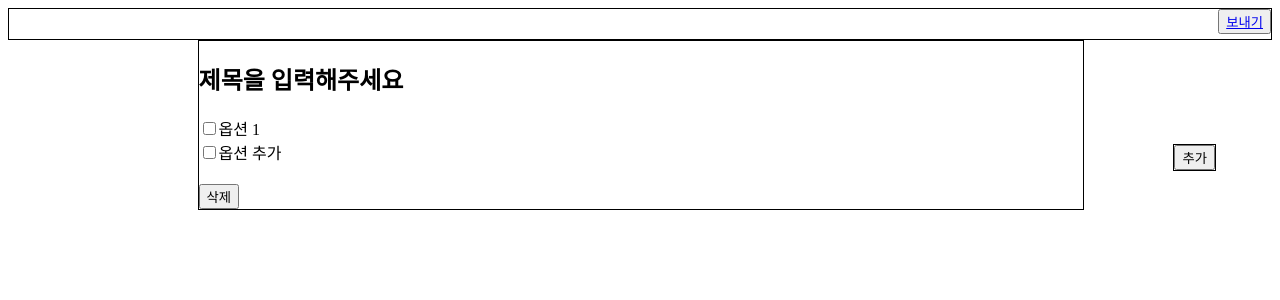
Repository: binigy97/VoteStie
Page: voteWeb/src/main/resources/static/index.html
The author's editor kept a copy of each file at every save. The page is drawn from the files as they stood at one save, then again after the next save.
The browser window is 1280 px wide. The pictures show the whole page.

Above is the page before, as saved 2022-02-23 22:18:29.

After the next save:
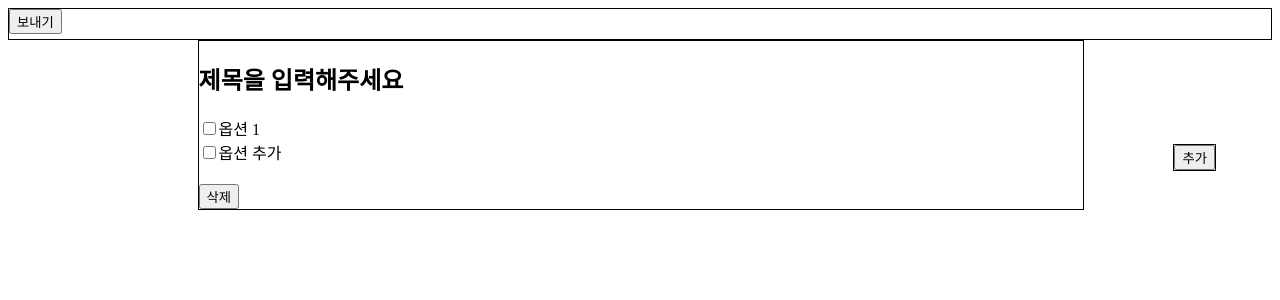
Saved 4 min 34 s later.
--- a/voteWeb/src/main/resources/static/index.html
+++ b/voteWeb/src/main/resources/static/index.html
@@ -12,6 +12,7 @@ header {
 header > button {
 	float: right;
 }
+
 section {
 	width: 70%;
 	margin: 0 auto;
@@ -38,7 +39,7 @@ div > label:last-child {
 <body>
 <!-- 헤더 -->
 <header>
-	<button><a href="vote.html">보내기</a></button>
+	<a><button>보내기</button></a>
 </header>
 
 <!-- 투표 내용 생성 -->
